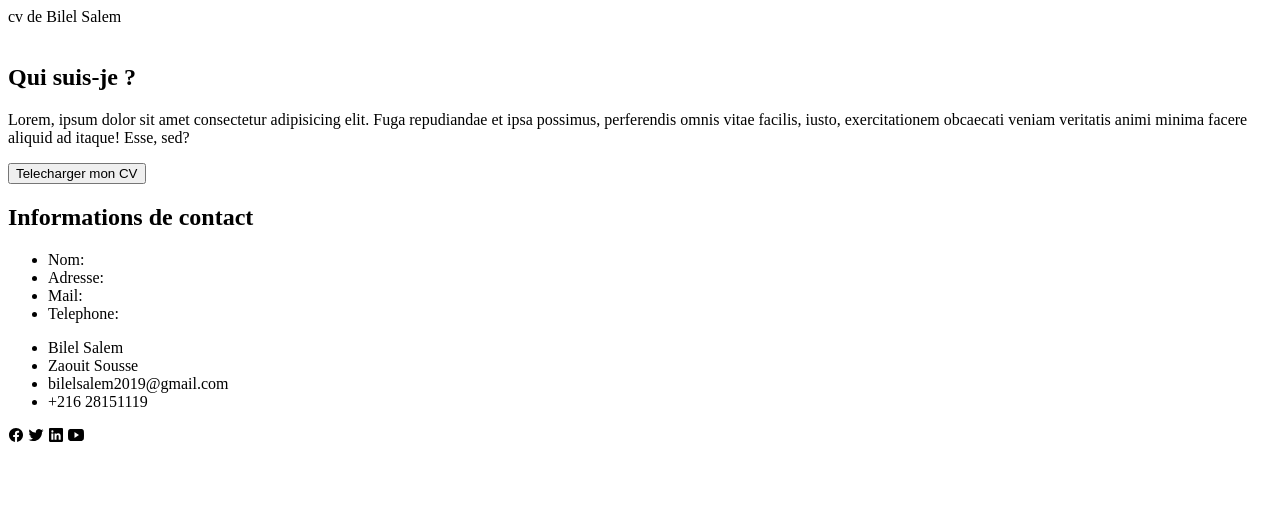
Repository: bilelsalemdev/project-cv-html-css
Page: index.html
An editor plug-in stored every save of this project. The page is shown before and after the next save, followed by the edit.
The browser window is 1280 px wide. The pictures show the whole page.

Above is the page before, as saved 2022-11-15 22:40:56.

### index.html
<!DOCTYPE html>
<html lang="en">
<head>
    <link rel="stylesheet" href="styles.css">
    <meta charset="UTF-8">
    <meta http-equiv="X-UA-Compatible" content="IE=edge">
    <meta name="viewport" content="width=device-width, initial-scale=1.0">
    <title>Document</title>
</head>
<body>
    <header>
        <div class="logo">cv de Bilel Salem</div>

    </header>
    <div class="my-img">
        <img src="" alt="">
    </div>
    <div class="container">
        <section class="informations">
            <div class="left-part">
                <h1>Qui suis-je ?</h1>
                <p>Lorem, ipsum dolor sit amet consectetur adipisicing elit. Fuga repudiandae et ipsa possimus, perferendis omnis vitae facilis, iusto, exercitationem obcaecati veniam veritatis animi minima facere aliquid ad itaque! Esse, sed?</p>
                <button class="orange">Telecharger mon CV

                </button>
            </div>
            <div class="second-part">
                <h1>Informations de contact</h1>
                <div class="grid">
                    <div class='left-grid'>
                        <ul>
                            <li>Nom:</li>
                            <li>Adresse:</li>
                            <li>Mail:</li>
                            <li>Telephone:</li>
                        </ul>
                    </div>
                    <div class='right-grid'>
                        <ul>
                            <li>Bilel Salem</li>
                            <li>Zaouit Sousse</li>
                            <li>bilelsalem2019@gmail.com</li>
                            <li>+216 28151119</li>
                        </ul>
                    </div>
                    <div class="social-icons">
                        <ion-icon name="logo-facebook"></ion-icon>
                        <ion-icon name="logo-twitter"></ion-icon>
                        <ion-icon name="logo-linkedin"></ion-icon>
                        <ion-icon name="logo-youtube"></ion-icon>
                    </div>
                </div>
            </div>
        </section>
    </div>
    <script type="module" src="https://unpkg.com/ionicons@5.5.2/dist/ionicons/ionicons.esm.js"></script>
<script nomodule src="https://unpkg.com/ionicons@5.5.2/dist/ionicons/ionicons.js"></script>
</body>
</html>

Loaded but not shown: styles.css (no stored copy; drawn as an empty file)

After the next save:
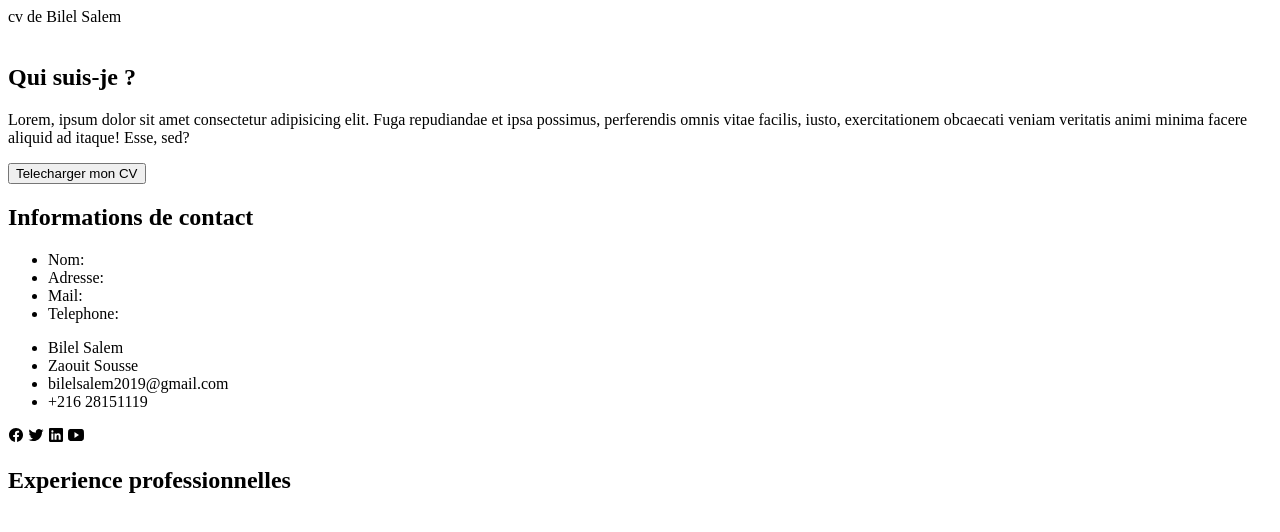
Saved 5 min 26 s later.
--- a/index.html
+++ b/index.html
@@ -52,6 +52,28 @@
                 </div>
             </div>
         </section>
+        <section class="experience">
+            <h1>Experience professionnelles</h1>
+            <div class="grid">
+                <img src="" alt="">
+                <div class="description">
+                </div>
+                <img src="" alt="">
+                <div class="description"></div>
+                <img src="" alt="">
+                <div class="description"></div>
+
+            </div>
+        </section>
+        <section class="formation">
+            <img src="" alt="">
+                <div class="description">
+                </div>
+                <img src="" alt="">
+                <div class="description"></div>
+                <img src="" alt="">
+                <div class="description"></div>
+        </section>
     </div>
     <script type="module" src="https://unpkg.com/ionicons@5.5.2/dist/ionicons/ionicons.esm.js"></script>
 <script nomodule src="https://unpkg.com/ionicons@5.5.2/dist/ionicons/ionicons.js"></script>
